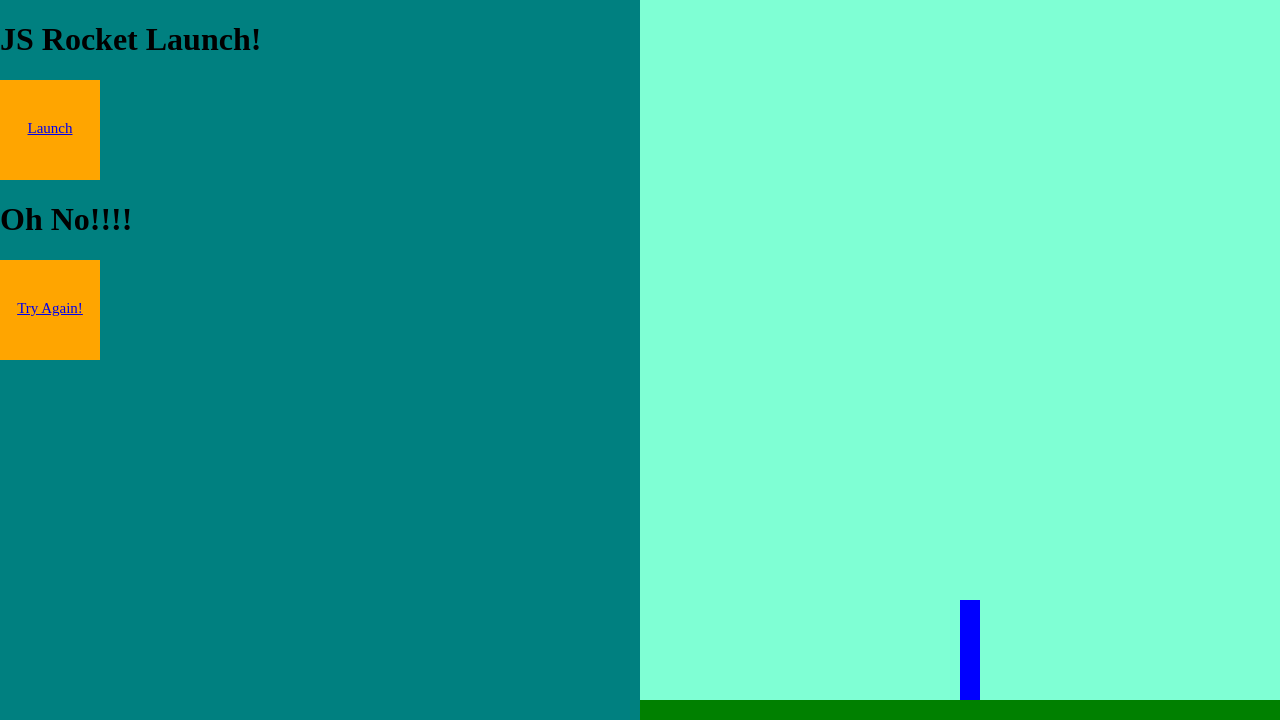
Repository: alcarrizo/Rocket-launch
Page: index.html
An editor plug-in stored every save of this project. The page is shown before and after the next save, followed by the edit.
The browser window is 1280 px wide. The pictures show the whole page.

Above is the page before, as saved 2022-10-19 20:48:41.

After the next save:
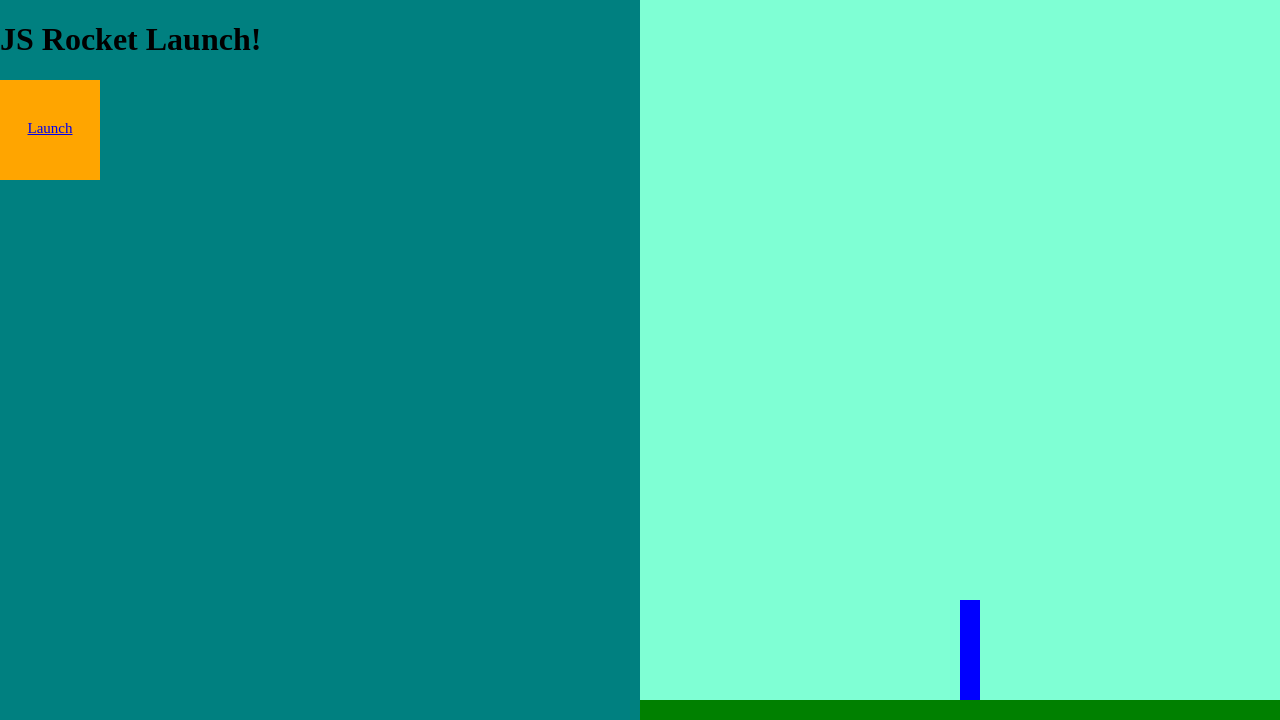
Saved 12 s later.
--- a/index.html
+++ b/index.html
@@ -25,7 +25,7 @@
             <h1>Well done!</h1>
             <a href="#" class="button" onclick="doItAgain();">Do it again</a>
         </div>
-        <div class="state1">
+        <div class="state5">
             <h1>Oh No!!!!</h1>
             <a href="#" class="button" onclick="doItAgain();">Try Again!</a>
         </div>
